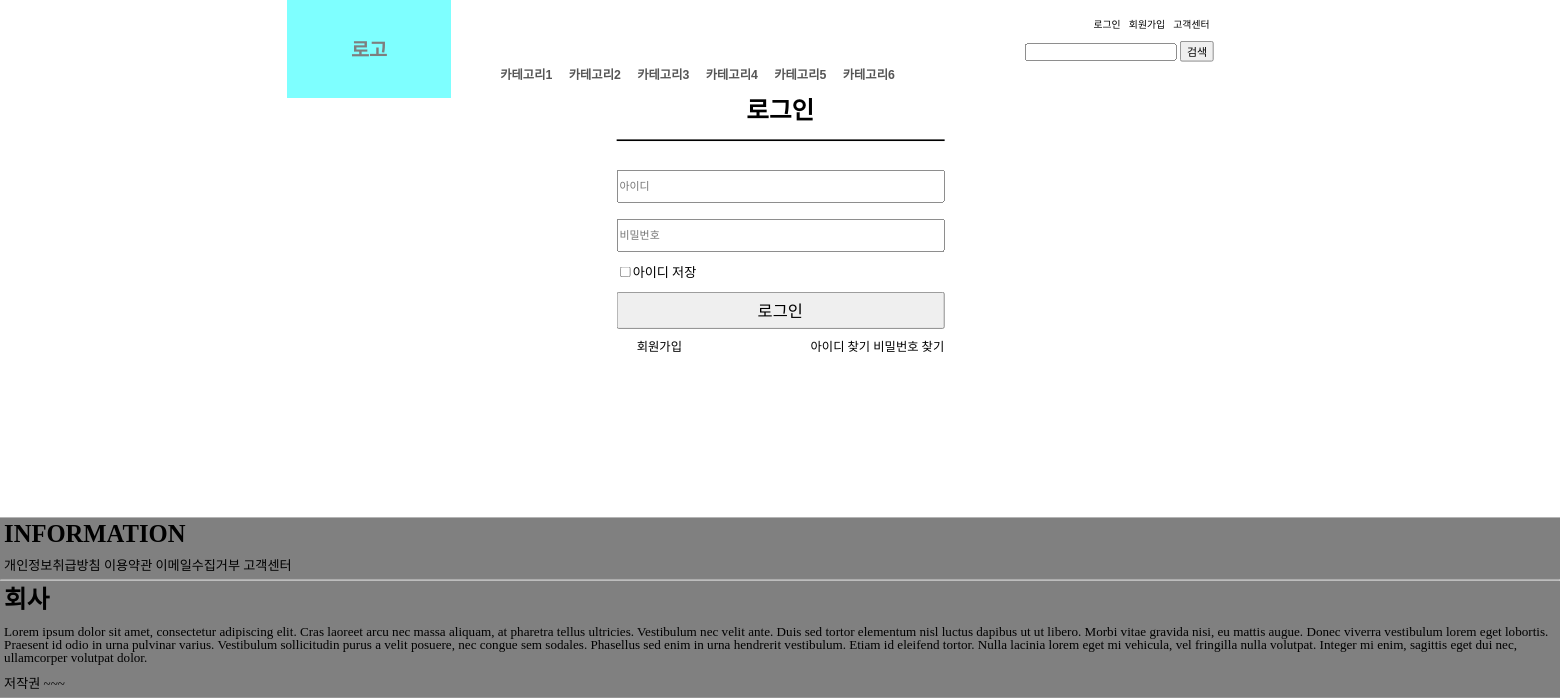
Repository: kosu0703/project
Page: http://localhost/Shop/WEB-INF/views/sign/login_page.jsp
An editor plug-in stored every save of this project. The page is shown before and after the next save, followed by the edit.
The browser window is 1280 px wide. The page is 1903 px wide, so the pictures cover 1903 px, including what lies to the right of the window. The pictures show the whole page, at 82% of full size.
Some web libraries are served in a nearby version. The page is served by Tomcat 9. Nobody is signed in. The template is opened directly, without the code that normally fills it, so the values that code supplies are empty.

Above is the page before, as saved 2024-04-03 10:02:33.

After the next save:
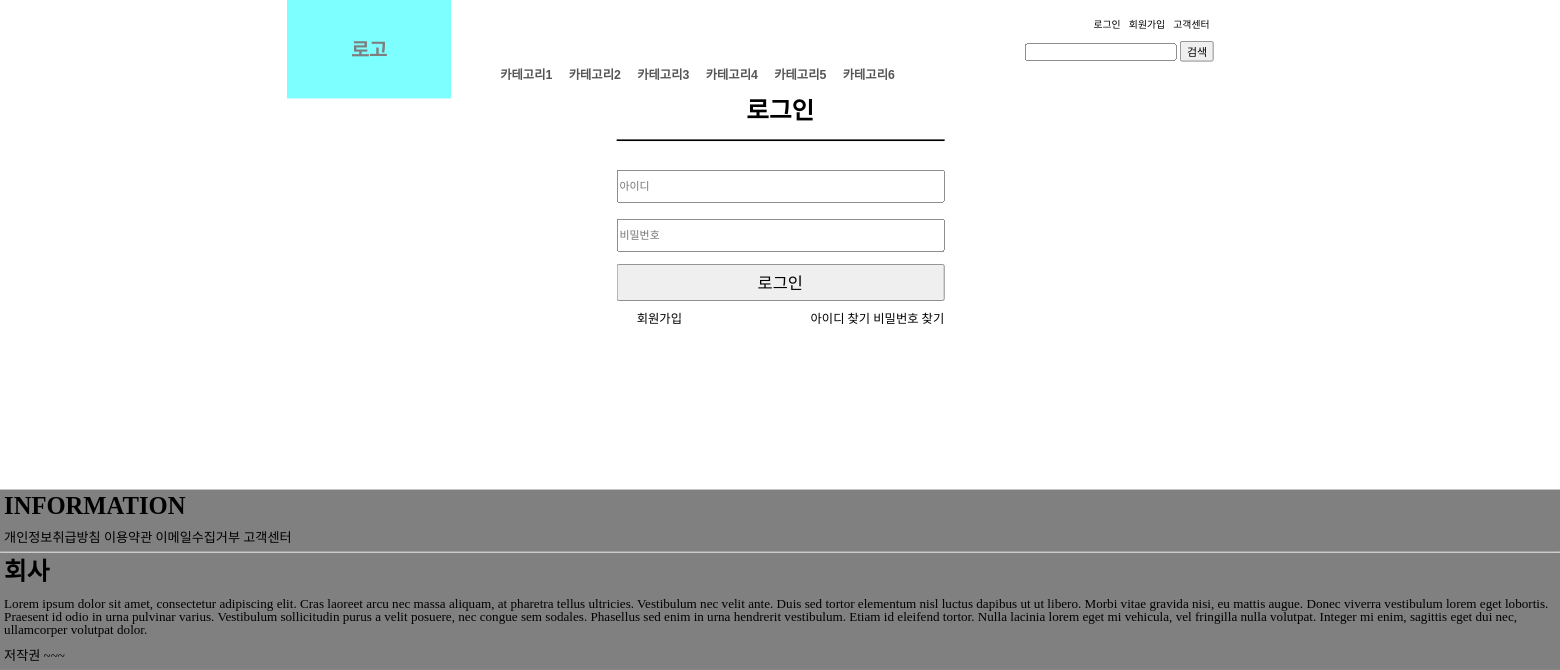
Saved 21 s later.
--- a/Shop/Shop/src/main/webapp/WEB-INF/views/sign/login_page.jsp
+++ b/Shop/Shop/src/main/webapp/WEB-INF/views/sign/login_page.jsp
@@ -34,8 +34,6 @@
 					<li><input type="text" name="u_id" placeholder="아이디" required></li>
 					<li><input type="password" name="u_pwd" placeholder="비밀번호"
 						required></li>
-					<li><input type="checkbox" id="chk_id"><label
-						for="chk_id">아이디 저장</label>
 					<li><input type="button" class="but_login" value="로그인"
 						onclick="login_go(this.form)"></li>
 				</ul>
